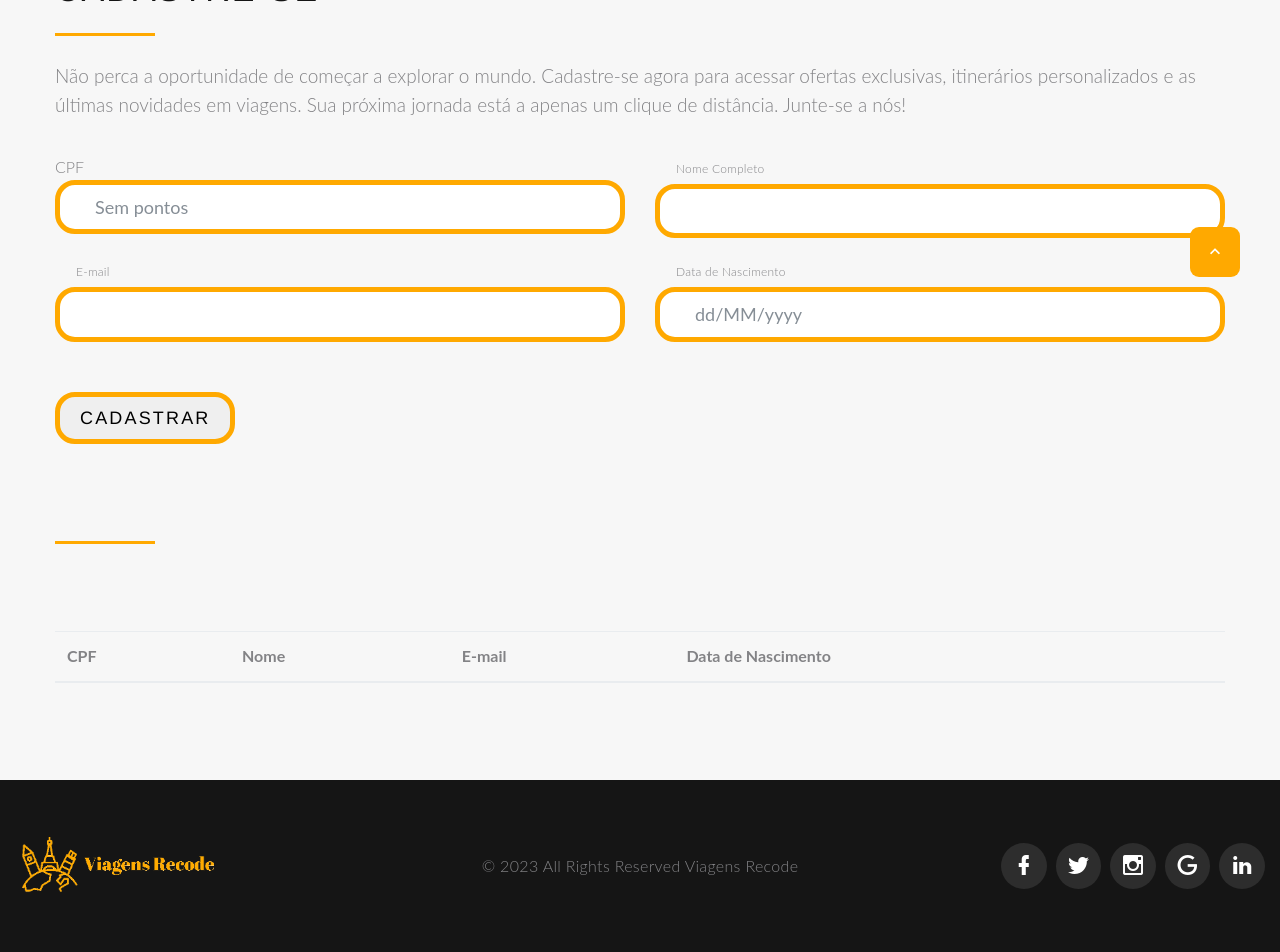
Repository: LiraS23/RecodePro2023-Modulo-5
Page: http://localhost/cliente
An editor plug-in stored every save of this project. The page is shown before and after the next save, followed by the edit.
The browser window is 1280 px wide. The pictures show the part of the page from y = 503 to 1455 px (the page is 1455 px tall).
Some web fonts or font styles are not loaded; a fallback is used. The page is this project's Thymeleaf template; nobody is signed in. The template is opened directly, without the code that normally fills it, so the values that code supplies are empty.

Above is the page before, as saved 2023-12-07 20:41:14.

After the next save:
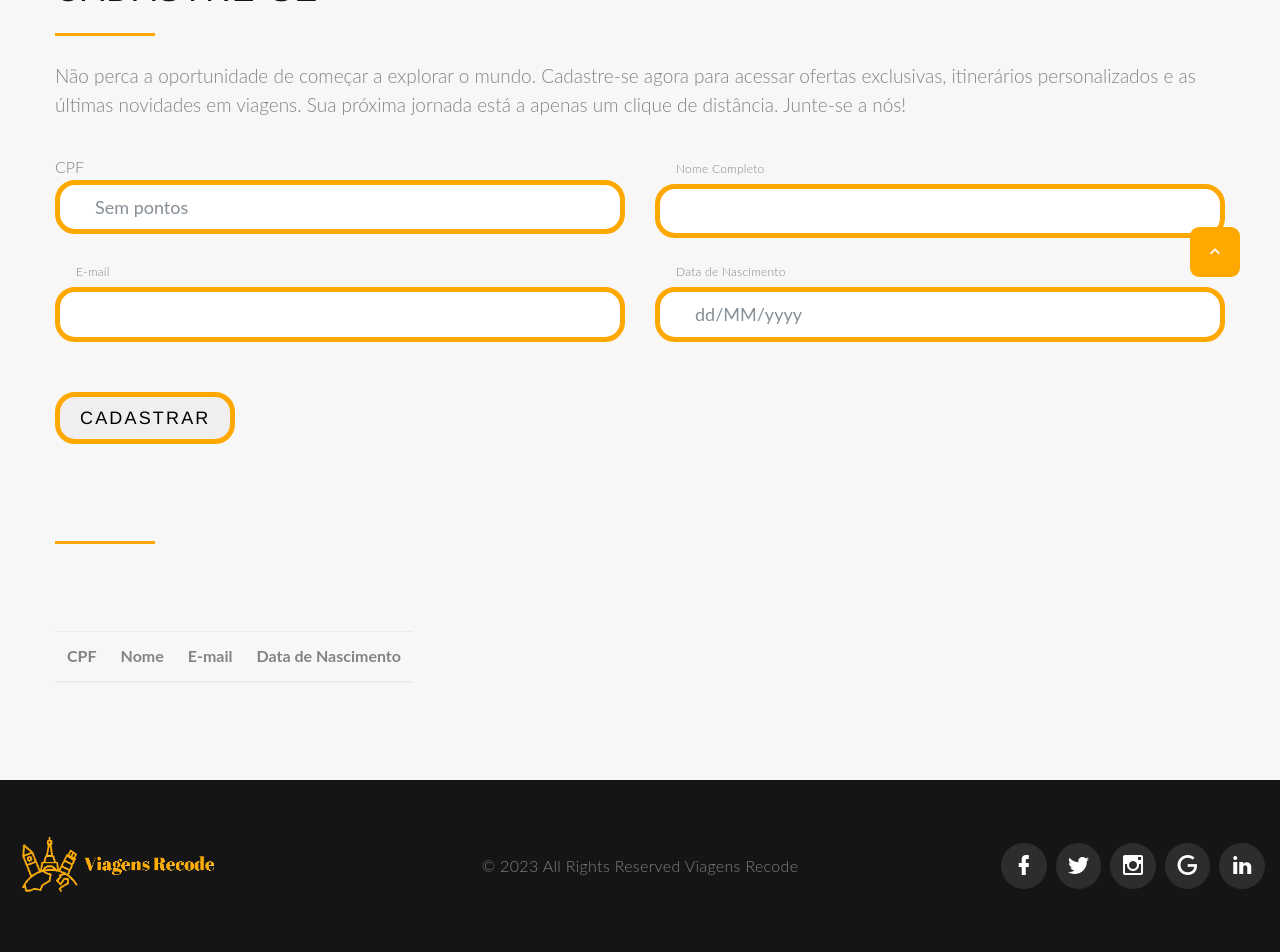
Saved 97 s later.
--- a/SpringBoot/Modulo5/src/main/resources/templates/cliente.html
+++ b/SpringBoot/Modulo5/src/main/resources/templates/cliente.html
@@ -146,7 +146,7 @@
 							<div class="section section-lg">
 								<div id="lista-clientes">
 									<section>
-										<table class="table">
+										<table class="table table-responsive">
 											<thead>
 												<tr>
 													<th>CPF</th>
